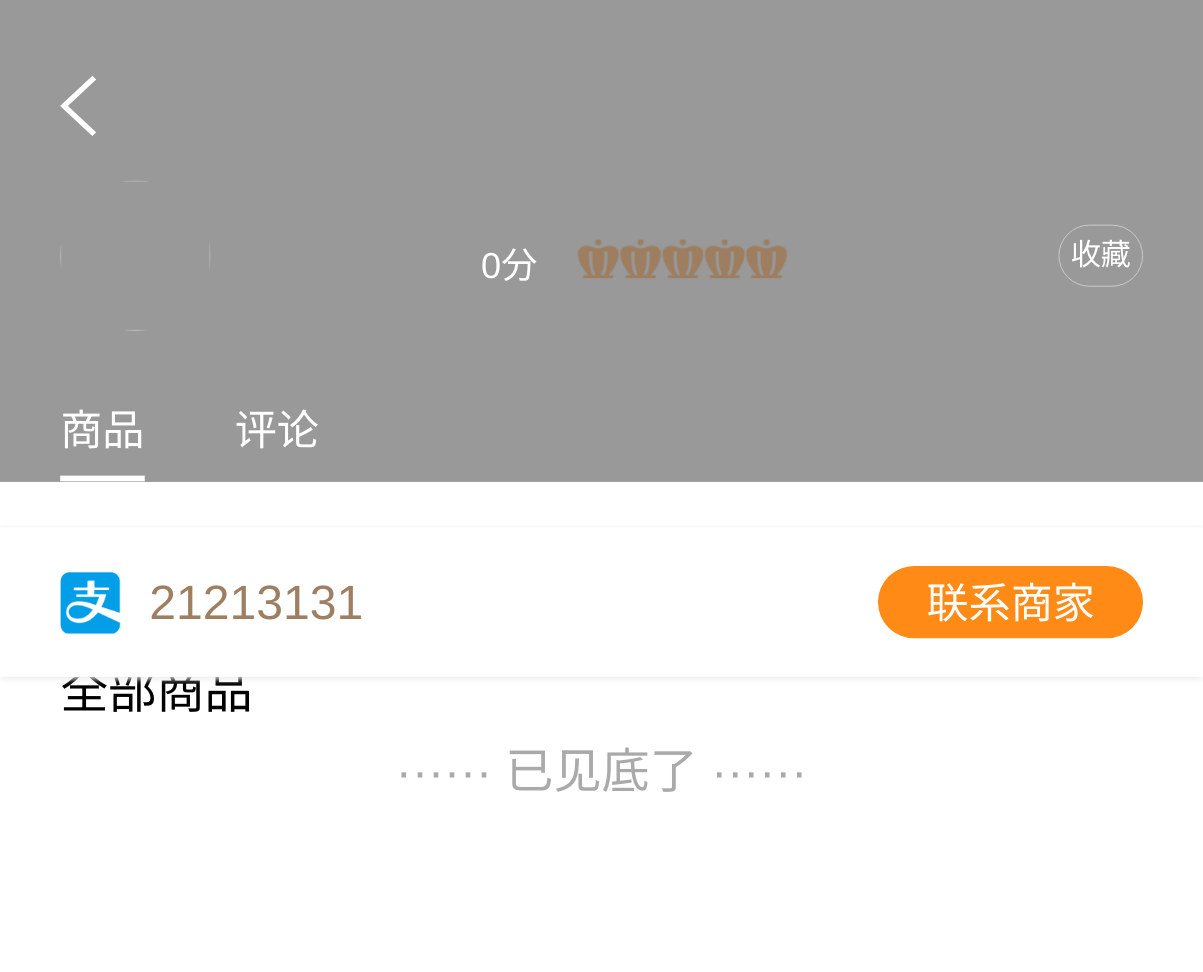
Repository: missing-star/rockBridge
Page: shop-detail.html
The author's editor kept a copy of each file at every save. The page is drawn from the files as they stood at one save, then again after the next save.
The browser window is 1280 px wide. The pictures show the whole page, at 94% of full size.
The page's requests for data from a server got no answer.

Above is the page before, as saved 2019-05-20 09:25:42.

### shop-detail.html
<!DOCTYPE html>
<html lang="en">

<head>
    <meta charset="UTF-8">
    <meta name="viewport" content="width=device-width, initial-scale=1.0, user-scalable=no,maximum-scale=1.0">
    <meta http-equiv="X-UA-Compatible" content="ie=edge">
    <meta http-equiv="Expires" content="0">
    <meta http-equiv="Pragma" content="no-cache">
    <meta http-equiv="Cache-control" content="no-cache">
    <meta http-equiv="Cache" content="no-cache">
    <link rel="stylesheet" href="assets/mui/css/mui.min.css?v=1.2.6">
    <link rel="stylesheet" href="css/common.css?v=1.2.6">
    <link rel="stylesheet" href="css/shop-detail.css?v=1.2.6">
    <title>叠石桥</title>
    <!--
        店铺详情
    -->
</head>

<body>
    <div id="app">
        <!--顶部搜索栏-->
        <header class="mui-bar mui-bar-nav">
            <div class="bg-black">
                <div class="search-group">
                    <i onclick="goBack()" class="mui-icon mui-icon-arrowleft"></i>
                </div>
                <div class="shop-info">
                    <img :src="shopInfo.images" alt="" class="shop-logo">
                    <div class="shop-title">
                        <p class="shop-name">{{shopInfo.title}}</p>
                        <p class="shop-level">
                            <span class="shop-score">{{score}}分</span>
                            <span class="shop-level-icon">
                                <img v-for="n in score" class="img-level" src="imgs/crown-active.png" alt="">
                                <img class="img-level" v-for="n in (5-score)" src="imgs/crown.png" alt="">
                            </span>
                        </p>
                    </div>
                    <button @click="collect(isCollection)" class="follow" :class="{active:isCollection}">
                        <template v-if="isCollection == 1">已收藏</template>
                        <template v-else>收藏</template>
                    </button>
                </div>
                <ul class="tab-list">
                    <li class="tab-item active" data-tab-id="0">商品</li>
                    <li class="tab-item" data-tab-id="1">评论</li>
                </ul>
            </div>
        </header>
        <div class="mui-content">
            <div class="tab-content" :class="{active:showTab == 0}">
                <!--人气推荐-->
                <p class="business-top-title">
                    人气推荐
                </p>
                <div class="slider-business">
                    <div @click="getDetail(shops.id)" v-for="shops in hotList" class="slider-business-item">
                        <img :src="shops.images | filterImg" />
                        <p class="business-item-title ellipsis">{{shops.title}}</p>
                        <p class="business-item-content">{{shops.price}}</p>
                    </div>
                </div>
                <!--全部商品-->
                <p class="class-title">全部商品</p>
                <div class="have-good-goods">
                    <div @click="getDetail(shops.id)" v-for="shops in allList" class="goods-item">
                        <img class="goods-img" :src="shops.images | filterImg" />
                        <div class="goods-info">
                            <p>
                                <span class="ellipsis">{{shops.title}}</span>
                                <span class="eye-container"><img class="view-num"
                                        src="imgs/eye.png" />{{shops.click_num}}</span>
                            </p>
                            <p>
                                <span class="goods-price">￥ {{shops.price}}</span>
                                <button class="reserve">查看</button>
                            </p>
                        </div>
                    </div>
                </div>
                <div class="bottom-line">
                    ······ 已见底了 ······
                </div>
            </div>
            <div class="tab-content goods" :class="{active:showTab == 1}">
                <div class="comments-score">
                    <div class="score-show">
                        <p class="score">{{commentsInfo.shop_review}}</p>
                        <p class="title">综合评分</p>
                    </div>
                    <div class="star-container">
                        <p class="score-star">
                            <span class="title">评分</span>
                            <img class="comments-icon" v-for="n in commentsInfo.shop_review" src="imgs/star-high.png"
                                alt="">
                            <img class="comments-icon" v-for="n in (5 - commentsInfo.shop_review)" src="imgs/star.png"
                                alt="">
                            <span class="num">{{commentsInfo.shop_review}}</span>
                        </p>
                        <p class="score-star">
                            <span class="title">服务</span>
                            <img class="comments-icon" v-for="n in commentsInfo.shop_quality" src="imgs/star-high.png"
                                alt="">
                            <img class="comments-icon" v-for="n in (5 - commentsInfo.shop_quality)" src="imgs/star.png"
                                alt="">
                            <span class="num">{{commentsInfo.shop_quality}}</span>
                        </p>
                    </div>
                    <div class="good-percent">
                        <p class="number">{{commentsInfo.service_ratio}}%</p>
                        <p class="title">好评率</p>
                    </div>
                </div>
                <!--
                    评论列表
                -->
                <ul class="comments-list">
                    <li v-for="item in commentsList" class="comments-item">
                        <div class="user-info">
                            <div class="left-part">
                                <img :src="item.hed_images" alt="" class="user-logo">
                                <p class="user-nickname">
                                    <span class="username">{{item.nickname}}</span>
                                    <span class="score">
                                        评分
                                        <img v-for="n in item.service" class="comments-icon" src="imgs/star-high.png"
                                            alt="">
                                        <img class="comments-icon" v-for="n in (5 - item.service)" src="imgs/star.png"
                                            alt="">
                                    </span>
                                </p>
                            </div>
                            <div class="right-part">
                                <p class="show-date">
                                    {{item.create_at}}
                                </p>
                                <!-- <p class="like">
                                    <img src="imgs/like.png" class="like-icon" alt="">
                                    <span class="like-num">123</span>
                                </p> -->
                            </div>
                        </div>
                        <div class="comments-content">
                            {{item.content}}
                        </div>
                        <div class="show-imgs">
                            <img v-for="img in item.images" :src="img" class="show-img-item">
                        </div>
                        <!-- <div class="shop-reply">
                            商家回复内容大幅度搜佛菩萨单 商家回复内容大幅度搜佛菩萨单 商家回复内容大幅度搜佛菩萨单 商家回复内容大幅度搜佛菩萨单 商家回复内容大幅度搜佛菩萨单 商家回复内容大幅度搜佛菩萨单
                        </div> -->
                    </li>
                </ul>
                <button @click="goToComments" class="comments-btn">去评论</button>
                <div class="bottom-line comments">
                    ······ 已见底了 ······
                </div>
            </div>
        </div>
        <div class="search-page" :class={active:isFadeIn,'slide-out':isFadeOut}>
            <header>
                <img @click="hideSearch" src="imgs/icon-back.png" class="icon-back" />
                <form class="input-group">
                    <input placeholder="输入商品或商店名称" v-model="keyword" id="search" class="search-page-input" type="text">
                    <img v-show="keyword.length != 0" @click="clearInput" class="clear-icon" src="imgs/clear.png" />
                </form>
                <span @click="hideSearch" class="cancel-search">搜索</span>
            </header>
            <!--历史搜索-->
            <div class="search-history">
                <header class="history-header">
                    <p class="search-history-title">历史搜索</p>
                    <img @click="clearHistory" src="imgs/delete.png" class="icon-delete" />
                </header>
                <ul class="history-list">
                    <li v-for="item in historyList" class="list-item">{{item}}</li>
                </ul>
            </div>
        </div>
        <!-- 联系商家 -->
        <div class="contact-business-wrapper">
            <p class="phone-number-wrapper">
                <img src="imgs/alipay.png" alt="电话" class="phone-icon">
                <span class="phone-number">21213131</span>
            </p>
            <a href="tel:025-85123654" class="contact-business-btn">联系商家</a>
        </div>
    </div>
    <script src="assets/vue/vue.min.js?v=1.2.6"></script>
    <script src="assets/jquery/jquery.min.js?v=1.2.6"></script>
    <script src="assets/mui/js/mui.min.js?v=1.2.6"></script>
    <script src="js/common.js?v=1.2.6"></script>
    <script src="js/shop-detail.js?v=1.2.6"></script>
</body>

</html>

### css/common.css
html,
body,
.mui-content {
    font-size: calc(100vw / 20);
    background: #ffffff;
}
*{
    word-break: break-all;
}
div.mui-content {
    padding: 1rem;
}

header.mui-bar.mui-bar-nav {
    background: #ffffff;
    -webkit-box-shadow: none;
            box-shadow: none;
}

nav.mui-bar.mui-bar-tab {
    background: #ffffff;
    -webkit-box-shadow: 0 0 6px 0 rgba(0, 0, 0, 0.15);
            box-shadow: 0 0 6px 0 rgba(0, 0, 0, 0.15);
}

nva.mui-bar-tab span.mui-tab-label {
    color: #9d7e60;
}

.mui-bar-tab .mui-tab-item.mui-active {
    color: #5f4831;
}

img.mui-icon.nav-bar-icon.active {
    display: inline;
}

img.mui-icon.nav-bar-icon {
    display: none;
}

p {
    margin: 0;
}

input[type=color],
input[type=date],
input[type=datetime-local],
input[type=datetime],
input[type=email],
input[type=month],
input[type=number],
input[type=password],
input[type=search],
input[type=tel],
input[type=text],
input[type=time],
input[type=url],
input[type=week],
select,
textarea {
    margin-bottom: 0;
    width: auto;
    height: auto;
    border: none;
    -webkit-box-flex: 1;
        -ms-flex: 1;
            flex: 1;
    font-size: 0.8rem;
}

input::-webkit-input-placeholder {
    color: #c2c2c2;
}

nav.mui-bar.mui-bar-tab a.mui-tab-item {
    -ms-touch-action: none;
        touch-action: none;
    height: 100%;
}

nav.mui-bar.mui-bar-tab {
    height: 3rem;
}

.mui-bar-tab .mui-tab-item .mui-icon {
    top: 3px;
    width: 1.2rem;
    height: 1.2rem;
    padding-top: 0;
    padding-bottom: 0;
    margin-bottom: 0.1rem;
}

.mui-bar-tab .mui-tab-item .mui-icon~.mui-tab-label {
    font-size: 0.5rem;
    line-height: 1rem;
}

.mui-bar-tab~.mui-content {
    padding-top: 2.5rem;
    padding-bottom: 3rem;
}

button.submit {
    background: #9d7e60;
    width: 100%;
    border: none;
    border-radius: 1rem;
    font-size: 1rem;
    line-height: 1rem;
    color: #fff;
    margin-top: 1rem;
    height: 2rem;
}

button.mui-btn.mui-btn-blue.mui-poppicker-btn-ok,
button.mui-btn.mui-btn-blue {
    color: #ff8b16;
    background: transparent;
    border: none;
    font-size: 1rem;
}

.mui-poppicker-header,
.mui-dtpicker-header {
    border-radius: 0.3rem 0.3rem 0 0;
}

button.mui-btn.mui-poppicker-btn-cancel,
.mui-dtpicker-header button {
    color: #aaaaaa;
    border: none;
    background: transparent;
    font-size: 1rem;
}

button.mui-btn.mui-poppicker-btn-cancel>img,
.mui-dtpicker-header button>img {
    width: 1rem;
}

.mui-picker-inner,
.mui-picker {
    background: #fcfcfc;
    -webkit-mask-box-image: none;
    border-radius: 0 0 0.3rem 0.3rem;
}

.mui-poppicker-body {
    border: none;
    border-radius: 0 0 0.3rem 0.3rem;
}

button.mui-btn {
    color: #aaaaaa;
    border-color: #aaaaaa;
}

.mui-dtpicker-header {
    background: #ffffff;
}

.mui-dtpicker-title h5 {
    display: none;
}

span.mui-popup-button.mui-popup-button-bold {
    color: #FF8B16;
}

span.mui-popup-button {
    color: #aaaaaa;
}

[v-cloak] {
    display: none !important;
}

.mui-poppicker.mui-active,
.mui-dtpicker.mui-active {
    margin: 0.5rem;
    width: calc(100% - 1rem);
    border-radius: 0.3rem;
}

.popicker-title,
.dt-popicker-title {
    -webkit-box-flex: 1;
        -ms-flex: 1;
            flex: 1;
    text-align: center;
    font-size: 1rem;
    color: #000000;
}

.mui-poppicker-header,
.mui-dtpicker-header {
    display: -webkit-box;
    display: -ms-flexbox;
    display: flex;
    -webkit-box-align: center;
        -ms-flex-align: center;
            align-items: center;
    -webkit-box-pack: justify;
        -ms-flex-pack: justify;
            justify-content: space-between;
    background: #eeeeee;
}

.mui-pciker-list li {
    color: #b19c88;
}

.mui-pciker-list li.highlight {
    color: #5f4831;
}

.mui-pciker-rule-ft {
    z-index: 2;
    border-top: solid 1px #ced7de;
    border-bottom: solid 1px #ced7de;
}


input::-webkit-outer-spin-button,
input::-webkit-inner-spin-button {

    -webkit-appearance: none !important;
}

input[type="number"] {
    -moz-appearance: textfield;
}
.ellipsis{
    white-space: nowrap;
    overflow: hidden;
    text-overflow: ellipsis;
}
/* 联系商家 */
.contact-business-wrapper {
    position: fixed;
    bottom: 0;
    width: 100%;
    height: 2.5rem;
    background: #FFFFFF;
    border-top: 1px solid #f6f6f6;
    -webkit-box-shadow: 0 2px 6px 0 #EBEBEB;
            box-shadow: 0 2px 6px 0 #EBEBEB;
    display: -webkit-box;
    display: -ms-flexbox;
    display: flex;
    -webkit-box-align: center;
        -ms-flex-align: center;
            align-items: center;
    -webkit-box-pack: justify;
        -ms-flex-pack: justify;
            justify-content: space-between;
    padding: 0 1rem;
}
span.phone-number {
    color: #9e7f62;
    font-size: 0.8rem;
}
a.contact-business-btn,span.contact-business-btn {
    background: #ff8a16;
    color: #fff;
    font-size: 0.7rem;
    border-radius: 1rem;
    padding: 0.1rem 0.8rem;
    line-height: 1rem;
}
p.phone-number-wrapper {
    display: -webkit-box;
    display: -ms-flexbox;
    display: flex;
    -webkit-box-align: center;
        -ms-flex-align: center;
            align-items: center;
    -webkit-box-pack: justify;
        -ms-flex-pack: justify;
            justify-content: space-between;
    min-width: 28%;
}
img.phone-icon {
    width: 1rem;
}

Loaded but not shown: assets/mui/css/mui.min.css (library); assets/vue/vue.min.js (library); assets/jquery/jquery.min.js (library); assets/mui/js/mui.min.js (library); js/shop-detail.js (193 lines, source omitted); js/common.js (222 lines, source omitted); css/shop-detail.css (645 lines, source omitted)

After the next save:
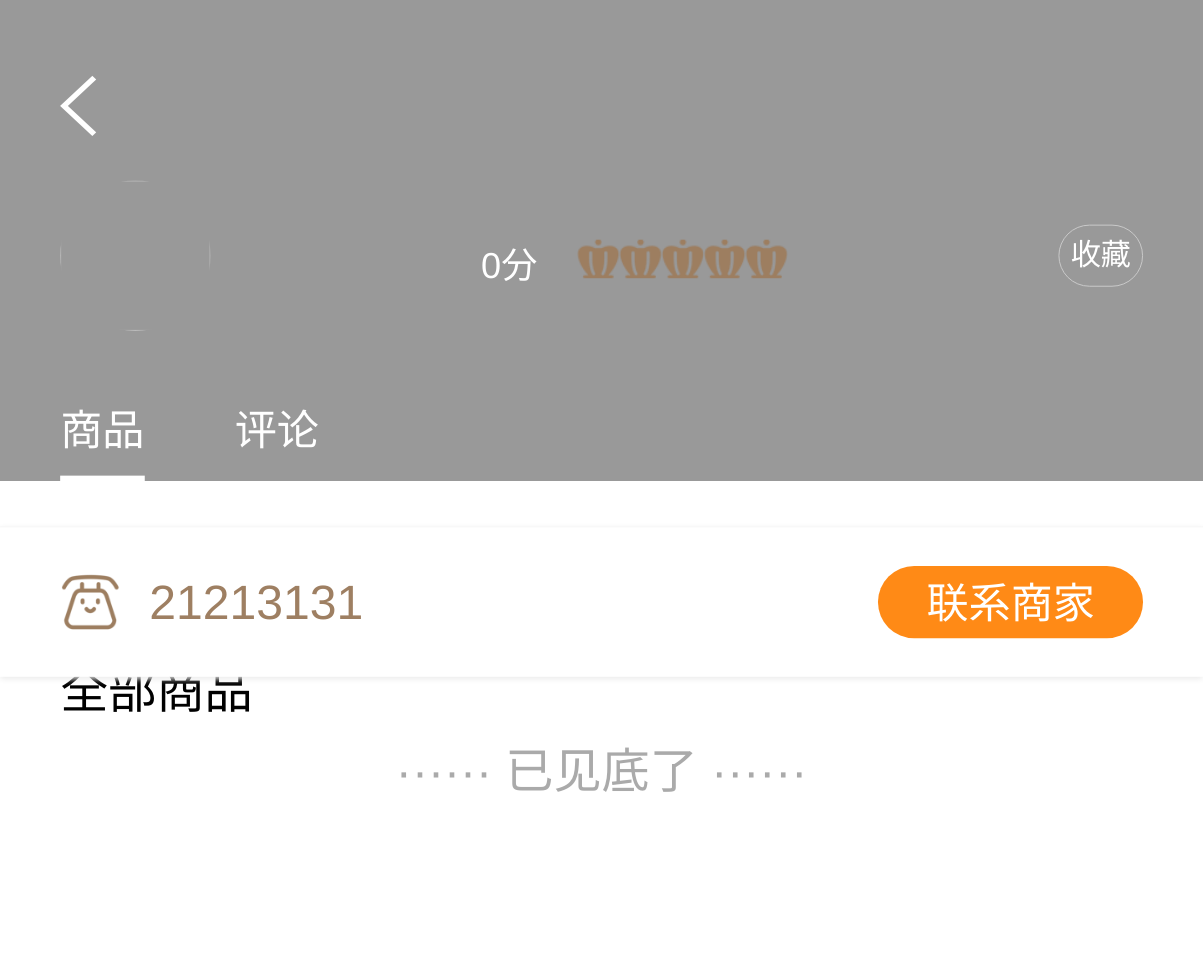
Saved 2 min 4 s later.
--- a/shop-detail.html
+++ b/shop-detail.html
@@ -182,7 +182,7 @@
         <!-- 联系商家 -->
         <div class="contact-business-wrapper">
             <p class="phone-number-wrapper">
-                <img src="imgs/alipay.png" alt="电话" class="phone-icon">
+                <img src="imgs/phone.png" alt="电话" class="phone-icon">
                 <span class="phone-number">21213131</span>
             </p>
             <a href="tel:025-85123654" class="contact-business-btn">联系商家</a>
